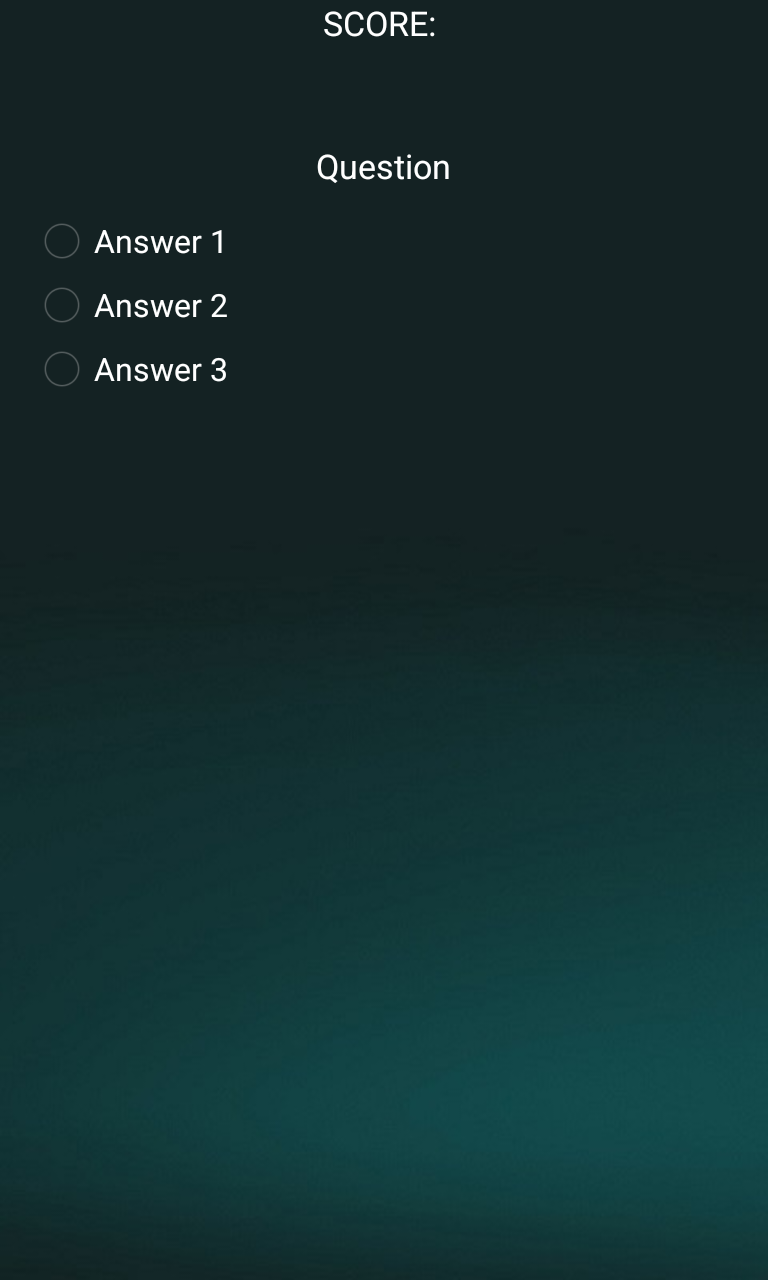
Repository: rohitchawla22/SebiQuiz
Layout: SebiQuiz/res/layout/level2.xml
The author's editor kept a copy of each file at every save. The layout is drawn from the files as they stood at one save, then again after the next save.
It is drawn on a 768 x 1280 px phone screen (xhdpi) without system bars, with theme android:Theme.Holo; the app's code is not run.

Above is the layout before, as saved 2014-06-13 12:04:01.

After the next save:
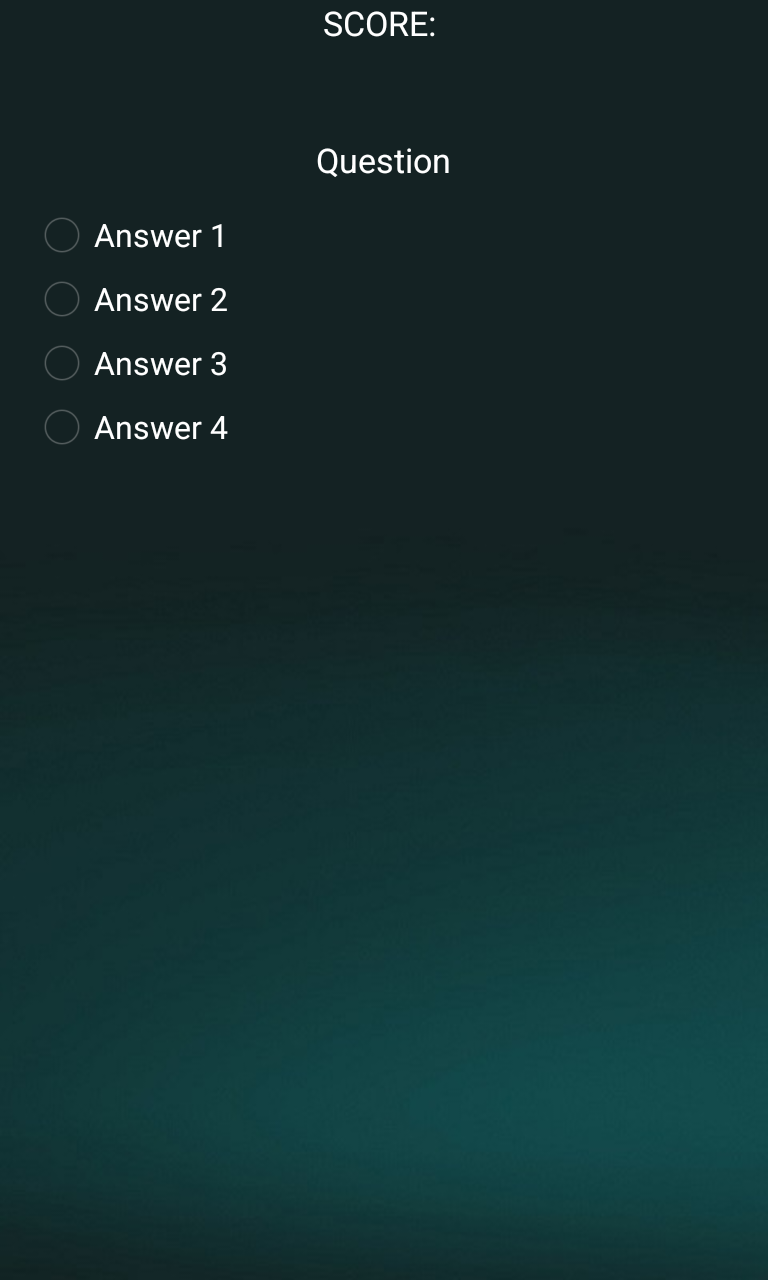
Saved 4 h 17 min later.
--- a/SebiQuiz/res/layout/level2.xml
+++ b/SebiQuiz/res/layout/level2.xml
@@ -48,6 +48,11 @@
                  android:textColor="#FFF"
                  android:text="Answer 3"
                  android:id="@+id/c"/>
+            <RadioButton android:layout_height="wrap_content"
+                 android:layout_width="wrap_content"
+                 android:textColor="#FFF"
+                 android:text="Answer 4"
+                 android:id="@+id/d"/>
         </RadioGroup>
 
         </LinearLayout>
